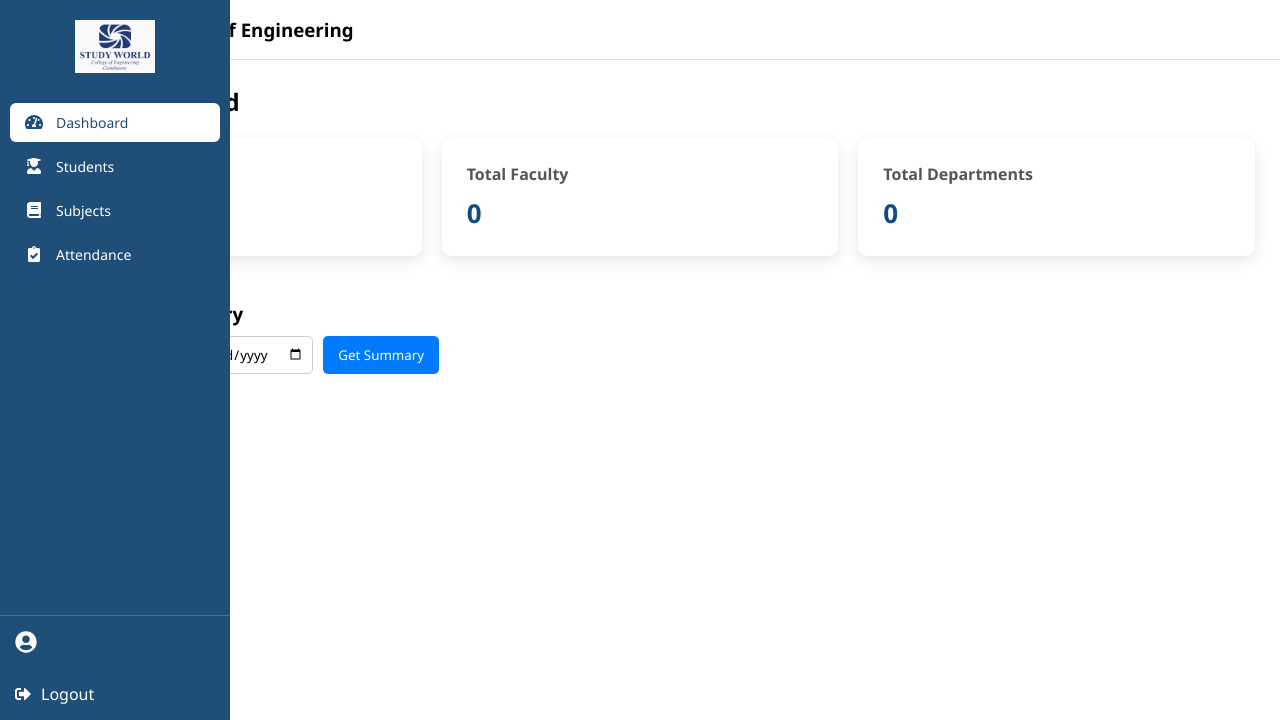
Repository: arthanarieswara/frontend
Page: /dashboard
An editor plug-in stored every save of this project. The page is shown before and after a run of saves, followed by the edit.
The browser window is 1280 px wide. The pictures show the whole page.
The page's requests for data from a server got no answer. The project was rebuilt for these pictures with package versions that can differ from the ones it lists, and the page was loaded fresh each time. No one was signed in, and anything a server would have sent is missing. Also part of the build but not shown: vite.config.js, src/pages/auth/Login.jsx, src/pages/departments/Departments.css, src/pages/departments/Departments.jsx, src/pages/students/Students.css, src/pages/students/Students.jsx, src/pages/faculty/Faculty.css, src/pages/faculty/Faculty.jsx and 8 more.

Above is the page before, as saved 2026-03-27 15:56:37.

### src/App.jsx
import AppRoutes from "./routes/AppRoutes";

function App() {
  return <AppRoutes />;
}

export default App;

### src/routes/AppRoutes.jsx
import { BrowserRouter, Routes, Route } from "react-router-dom";

import Login from "../pages/auth/Login";
import Dashboard from "../pages/dashboard/Dashboard";
import Departments from "../pages/departments/Departments";
import Students from "../pages/students/Students";
import Faculty from "../pages/faculty/Faculty";
import Subjects from "../pages/Subjects/Subjects";
import Attendance from "../pages/Attendance/Attendance";
import Users from "../pages/users/Users";
import UserMapping from "../pages/UserMapping/UserMapping"; // ✅ NEW
function AppRoutes() {
  return (
    <BrowserRouter>
      <Routes>
        <Route path="/" element={<Login />} />
        <Route path="/dashboard" element={<Dashboard />} />
        <Route path="/departments" element={<Departments />} />
        <Route path="/students" element={<Students />} />
        <Route path="/faculty" element={<Faculty />} />
        <Route path="/subjects" element={<Subjects />} />
        <Route path="/attendance" element={<Attendance />} />
        <Route path="/users" element={<Users />} />

        {/* ✅ NEW ROUTE */}
        <Route path="/mapping" element={<UserMapping />} />
      </Routes>
    </BrowserRouter>
  );
}

export default AppRoutes;

### src/pages/dashboard/Dashboard.jsx
import { useEffect, useState } from "react";
import Layout from "../../components/Layout";
import api from "../../api/api";
import "./Dashboard.css";

function Dashboard() {

  const [data, setData] = useState({
    students: 0,
    faculty: 0,
    departments: 0,
    fees: 0
  });

  const [subjects, setSubjects] = useState([]);
  const [subject, setSubject] = useState("");
  const [date, setDate] = useState("");

  const [attendanceSummary, setAttendanceSummary] = useState(null);

  /* ================= LOAD DASHBOARD ================= */

  useEffect(() => {
    fetchDashboard();
    fetchSubjects();
  }, []);

  const fetchDashboard = async () => {
    try {
      const res = await api.get("/dashboard/admin");
      setData(res.data);
    } catch (err) {
      console.log(err);
    }
  };

  const fetchSubjects = async () => {
    try {
      const res = await api.get("/subjects");
      setSubjects(res.data || []);
    } catch (err) {
      console.log(err);
    }
  };

  /* ================= FETCH ATTENDANCE SUMMARY ================= */

  const getAttendanceSummary = async () => {
    if (!subject || !date) {
      alert("Select subject and date");
      return;
    }

    try {
      const res = await api.get(
        `/attendance/summary?subject_id=${subject}&date=${date}`
      );

      setAttendanceSummary(res.data);

    } catch (err) {
      console.error(err);
      alert("Failed to fetch attendance summary");
    }
  };

  return (
    <Layout>
      <div className="dashboard">

        <h2>Admin Dashboard</h2>

        {/* ================= MAIN CARDS ================= */}
        <div className="cards">

          <div className="card">
            <h3>Total Students</h3>
            <p>{data.students}</p>
          </div>

          <div className="card">
            <h3>Total Faculty</h3>
            <p>{data.faculty}</p>
          </div>

          <div className="card">
            <h3>Total Departments</h3>
            <p>{data.departments}</p>
          </div>

        </div>

        {/* ================= ATTENDANCE FILTER ================= */}

        <div className="attendance-filter-section">

          <h3>Attendance Summary</h3>

          <div className="filters">

            <select
              value={subject}
              onChange={(e) => setSubject(e.target.value)}
            >
              <option value="">Select Subject</option>
              {subjects.map((s) => (
                <option key={s.id} value={s.id}>
                  {s.name}
                </option>
              ))}
            </select>

            <input
              type="date"
              value={date}
              onChange={(e) => setDate(e.target.value)}
            />

            <button onClick={getAttendanceSummary}>
              Get Summary
            </button>

          </div>

        </div>

        {/* ================= SUMMARY RESULT ================= */}

        {attendanceSummary && (
          <div className="cards">

            <div className="card">
              <h3>Present</h3>
              <p>{attendanceSummary.present_count}</p>
            </div>

            <div className="card">
              <h3>Absent</h3>
              <p>{attendanceSummary.absent_count}</p>
            </div>

            <div className="card">
              <h3>Total</h3>
              <p>{attendanceSummary.total_students}</p>
            </div>

          </div>
        )}

      </div>
    </Layout>
  );
}

export default Dashboard;

### src/api/api.js
import axios from "axios";

const api = axios.create({
  baseURL: "http://localhost:5000/api",
});

/* ✅ Attach token automatically */
api.interceptors.request.use((config) => {
  const token = localStorage.getItem("token");

  if (token) {
    config.headers.Authorization = `Bearer ${token}`;
  }

  return config;
});

export default api;

### src/pages/auth/Login.css
*{
  margin:0;
  padding:0;
  box-sizing:border-box;
  font-family:"Segoe UI",sans-serif;
}

/* ANIMATED BACKGROUND */

.login-wrapper{
  height:100vh;
  display:flex;
  justify-content:center;
  align-items:center;
  background:linear-gradient(270deg,#0f4c81,#3a8bfd,#1a6ed8);
  background-size:600% 600%;
  animation:gradientBG 10s ease infinite;
}

@keyframes gradientBG{
  0%{background-position:0% 50%}
  50%{background-position:100% 50%}
  100%{background-position:0% 50%}
}

/* LOGIN CARD */

.login-card{
  width:420px;
  padding:40px;
  border-radius:12px;
  background:rgba(255,255,255,0.15);
  backdrop-filter:blur(15px);
  box-shadow:0 15px 40px rgba(0,0,0,0.3);
  text-align:center;
  color:white;
}

/* COLLEGE HEADER */

.college-logo{
  width:70px;
  margin-bottom:10px;
}

.college-header h1{
  font-size:20px;
  margin-bottom:5px;
}

.college-header p{
 font-size:13px;
  opacity:0.9;
}

.college-header span{
  font-size:12px;
  opacity:0.8;
}

.college-header{
  margin-bottom:30px;
}

/* INPUT GROUP */

.input-group{

  position:relative;
  margin-bottom:20px;
}

.input-group input{
  width:100%;
  padding:12px;
  border:none;
  border-radius:6px;
  outline:none;
  font-size:14px;
}

/* FLOATING LABEL */

.input-group label{
  position:absolute;
  left:12px;
  top:50%;
  transform:translateY(-50%);
  color:#000000;
  font-size:14px;
  pointer-events:none;
  transition:0.3s;
}

.input-group input:focus + label,
.input-group input:not(:placeholder-shown) + label{
  top:-8px;
  /* background:white; */
  padding:0 5px;
  font-size:15px;
  color:white;
}

/* PASSWORD ICON */

.password-group{
 position:relative;
}

.eye-icon{
  position:absolute;
  right:10px;
  top:50%;
  transform:translateY(-50%);
  cursor:pointer;
  color:#444;
}

/* BUTTON */

.login-btn{
  width:100%;
  padding:12px;
  border:none;
  border-radius:6px;
  background:white;
  color:#0f4c81;
  font-size:16px;
  font-weight:bold;
  cursor:pointer;
  transition:all 0.3s;
}

.login-btn:hover{
  transform:translateY(-2px);
  box-shadow:0 5px 15px rgba(0,0,0,0.3);
}

### src/components/Layout.jsx
import { useState } from "react";
import Sidebar from "./Sidebar";
import Navbar from "./Navbar";

function Layout({ children }) {

  const [collapsed,setCollapsed] = useState(false);

  return (

    <div style={{display:"flex"}}>

      <Sidebar collapsed={collapsed} />

      <div style={{flex:1}}>

        <Navbar toggleSidebar={()=>setCollapsed(!collapsed)} />

        <div style={{padding:"25px"}}>
          {children}
        </div>

      </div>

    </div>

  );

}

export default Layout;

### src/pages/dashboard/Dashboard.css
.dashboard h2 {
  margin-bottom: 20px;
}

.cards {
  display: grid;

  grid-template-columns: repeat(auto-fit, minmax(220px, 1fr));

  gap: 20px;
}

.card {
  background: white;

  padding: 25px;

  border-radius: 10px;

  box-shadow: 0 5px 15px rgba(0, 0, 0, 0.1);

  transition: 0.3s;
}

.card:hover {
  transform: translateY(-5px);
}

.card h3 {
  font-size: 16px;

  margin-bottom: 10px;

  color: #555;
}

.card p {
  font-size: 26px;

  font-weight: bold;

  color: #0f4c81;
}

/* Attendance Filter Section */
.attendance-filter-section {
  margin-top: 30px;
  background: #fff;
  padding: 15px;
  border-radius: 8px;
}

.filters {
  display: flex;
  gap: 10px;
  margin-top: 10px;
}

.filters select,
.filters input {
  padding: 8px;
  border: 1px solid #ccc;
  border-radius: 5px;
}

.filters button {
  background: #007bff;
  color: white;
  border: none;
  padding: 8px 15px;
  border-radius: 5px;
  cursor: pointer;
}

.filters button:hover {
  background: #0056b3;
}

### src/components/Sidebar.jsx
import { NavLink, useNavigate } from "react-router-dom";
import {
  FaTachometerAlt,
  FaUniversity,
  FaUserGraduate,
  FaChalkboardTeacher,
  FaBook,
  FaClipboardCheck,
  FaSignOutAlt,
  FaUserCircle,
  FaUsers,
  FaProjectDiagram,
} from "react-icons/fa";

import "./Sidebar.css";

function Sidebar({ collapsed }) {
  const navigate = useNavigate();

  const user = JSON.parse(localStorage.getItem("user"));
  const role = user?.role;

  const handleLogout = () => {
    localStorage.removeItem("token");
    localStorage.removeItem("user");
    navigate("/");
  };

  return (
    <div className={`sidebar ${collapsed ? "collapsed" : ""}`}>
      <div className="sidebar-header">
        <img src="/college-logo.png" className="sidebar-logo" />
      </div>

      <nav className="menu">
        {/* COMMON (ADMIN + FACULTY) */}
        <NavLink to="/dashboard" className="menu-item">
          <FaTachometerAlt />
          <span>Dashboard</span>
        </NavLink>

        <NavLink to="/students" className="menu-item">
          <FaUserGraduate />
          <span>Students</span>
        </NavLink>

        <NavLink to="/subjects" className="menu-item">
          <FaBook />
          <span>Subjects</span>
        </NavLink>

        <NavLink to="/attendance" className="menu-item">
          <FaClipboardCheck />
          <span>Attendance</span>
        </NavLink>

        {/* ADMIN ONLY */}
        {role === "Admin" && (
          <>
            <NavLink to="/departments" className="menu-item">
              <FaUniversity />
              <span>Departments</span>
            </NavLink>

            <NavLink to="/faculty" className="menu-item">
              <FaChalkboardTeacher />
              <span>Faculty</span>
            </NavLink>

            <NavLink to="/users" className="menu-item">
              <FaUsers />
              <span>Users</span>
            </NavLink>

            <NavLink to="/mapping" className="menu-item">
              <FaProjectDiagram />
              <span>Mapping</span>
            </NavLink>
          </>
        )}
      </nav>

      {/* PROFILE + LOGOUT */}

      <div className="bottom-section">
        <div className="profile">
          <FaUserCircle className="profile-icon" />
          <span>{role}</span>
        </div>

        <div className="logout" onClick={handleLogout}>
          <FaSignOutAlt />
          <span>Logout</span>
        </div>
      </div>
    </div>
  );
}

export default Sidebar;

### src/components/Navbar.jsx
import { FaBars } from "react-icons/fa";
import "./Navbar.css";

function Navbar({ toggleSidebar }) {

    return (

        <div className="navbar">

            {/* <FaBars className="toggle-btn" onClick={toggleSidebar} /> */}

            <h3>Study World College of Engineering</h3>

        </div>

    )

}

export default Navbar;

### src/components/Sidebar.css
.sidebar {
  width: 230px;
  height: 100vh;
  background: #1f4e79;
  color: white;
  display: flex;
  flex-direction: column;
  justify-content: space-between;
  position: fixed;
  left: 0;
  top: 0;
}

/* HEADER */

.sidebar-header {
  display: flex;
  justify-content: center;
  align-items: center;
  padding: 20px 10px;
}

.sidebar-logo {
  width: 80px;
  object-fit: contain;
}

/* MENU */

.menu {
  display: flex;
  flex-direction: column;
  gap: 5px;
  padding: 10px;
}

/* MENU ITEM */

.menu-item {
  display: flex;
  align-items: center;
  gap: 12px;
  padding: 10px 14px;
  color: white;
  text-decoration: none;
  border-radius: 6px;
  transition: 0.3s;
  font-size: 14px;
}

.menu-item svg {
  font-size: 16px;
  min-width: 20px;
}

.menu-item:hover {
  background: rgba(255, 255, 255, 0.15);
}

.menu-item.active {
  background: white;
  color: #1f4e79;
}

/* PUSH BOTTOM SECTION DOWN */

.bottom-section {
  margin-top: auto;
}

/* PROFILE */

.profile {
  display: flex;
  align-items: center;
  gap: 10px;
  padding: 15px;
  border-top: 1px solid rgba(255, 255, 255, 0.2);
}

.profile-icon {
  font-size: 22px;
}

/* LOGOUT */

.logout {
  display: flex;
  align-items: center;
  gap: 10px;
  padding: 15px;
  cursor: pointer;
  transition: 0.3s;
}

.logout:hover {
  background: rgba(255, 0, 0, 0.2);
}

.main-content {
  margin-left: 190px; /* SAME AS SIDEBAR WIDTH */
  padding: 20px;
}

### src/components/Navbar.css
.navbar{
  height:60px;
  background:white;
  border-bottom:1px solid #ddd;
  display:flex;
  align-items:center;
  padding:0 25px;
}

Loaded but not shown: index.html (common file); src/main.jsx (common file)

After the next 2 saves:
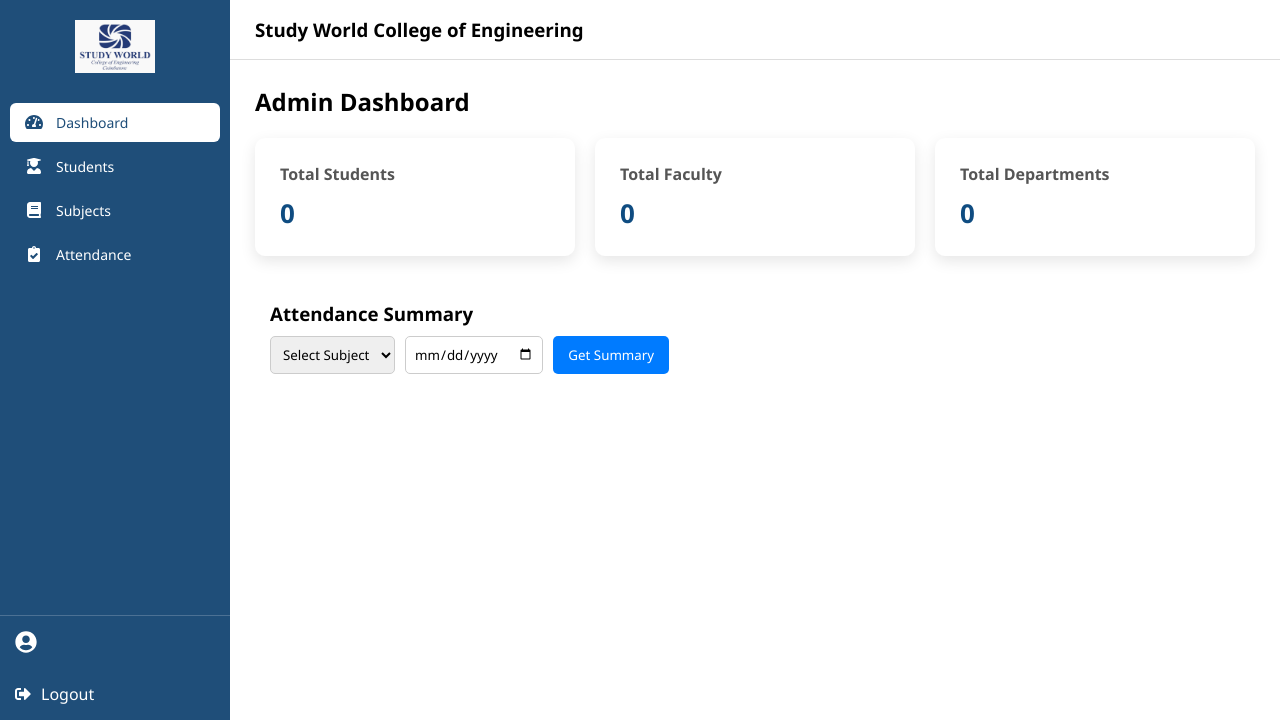
The 2 saves are shown as one change because 1 did not build or start.
The last was saved 111 s later.
--- a/src/components/Sidebar.jsx
+++ b/src/components/Sidebar.jsx
@@ -27,70 +27,72 @@ function Sidebar({ collapsed }) {
   };
 
   return (
-    <div className={`sidebar ${collapsed ? "collapsed" : ""}`}>
-      <div className="sidebar-header">
-        <img src="/college-logo.png" className="sidebar-logo" />
-      </div>
-
-      <nav className="menu">
-        {/* COMMON (ADMIN + FACULTY) */}
-        <NavLink to="/dashboard" className="menu-item">
-          <FaTachometerAlt />
-          <span>Dashboard</span>
-        </NavLink>
-
-        <NavLink to="/students" className="menu-item">
-          <FaUserGraduate />
-          <span>Students</span>
-        </NavLink>
-
-        <NavLink to="/subjects" className="menu-item">
-          <FaBook />
-          <span>Subjects</span>
-        </NavLink>
-
-        <NavLink to="/attendance" className="menu-item">
-          <FaClipboardCheck />
-          <span>Attendance</span>
-        </NavLink>
-
-        {/* ADMIN ONLY */}
-        {role === "Admin" && (
-          <>
-            <NavLink to="/departments" className="menu-item">
-              <FaUniversity />
-              <span>Departments</span>
-            </NavLink>
-
-            <NavLink to="/faculty" className="menu-item">
-              <FaChalkboardTeacher />
-              <span>Faculty</span>
-            </NavLink>
-
-            <NavLink to="/users" className="menu-item">
-              <FaUsers />
-              <span>Users</span>
-            </NavLink>
-
-            <NavLink to="/mapping" className="menu-item">
-              <FaProjectDiagram />
-              <span>Mapping</span>
-            </NavLink>
-          </>
-        )}
-      </nav>
-
-      {/* PROFILE + LOGOUT */}
-
-      <div className="bottom-section">
-        <div className="profile">
-          <FaUserCircle className="profile-icon" />
-          <span>{role}</span>
+    <div className="main-content">
+      <div className={`sidebar ${collapsed ? "collapsed" : ""}`}>
+        <div className="sidebar-header">
+          <img src="/college-logo.png" className="sidebar-logo" />
         </div>
 
-        <div className="logout" onClick={handleLogout}>
-          <FaSignOutAlt />
-          <span>Logout</span>
+        <nav className="menu">
+          {/* COMMON (ADMIN + FACULTY) */}
+          <NavLink to="/dashboard" className="menu-item">
+            <FaTachometerAlt />
+            <span>Dashboard</span>
+          </NavLink>
+
+          <NavLink to="/students" className="menu-item">
+            <FaUserGraduate />
+            <span>Students</span>
+          </NavLink>
+
+          <NavLink to="/subjects" className="menu-item">
+            <FaBook />
+            <span>Subjects</span>
+          </NavLink>
+
+          <NavLink to="/attendance" className="menu-item">
+            <FaClipboardCheck />
+            <span>Attendance</span>
+          </NavLink>
+
+          {/* ADMIN ONLY */}
+          {role === "Admin" && (
+            <>
+              <NavLink to="/departments" className="menu-item">
+                <FaUniversity />
+                <span>Departments</span>
+              </NavLink>
+
+              <NavLink to="/faculty" className="menu-item">
+                <FaChalkboardTeacher />
+                <span>Faculty</span>
+              </NavLink>
+
+              <NavLink to="/users" className="menu-item">
+                <FaUsers />
+                <span>Users</span>
+              </NavLink>
+
+              <NavLink to="/mapping" className="menu-item">
+                <FaProjectDiagram />
+                <span>Mapping</span>
+              </NavLink>
+            </>
+          )}
+        </nav>
+
+        {/* PROFILE + LOGOUT */}
+
+        <div className="bottom-section">
+          <div className="profile">
+            <FaUserCircle className="profile-icon" />
+            <span>{role}</span>
+          </div>
+
+          <div className="logout" onClick={handleLogout}>
+            <FaSignOutAlt />
+            <span>Logout</span>
+          </div>
         </div>
       </div>
     </div>
